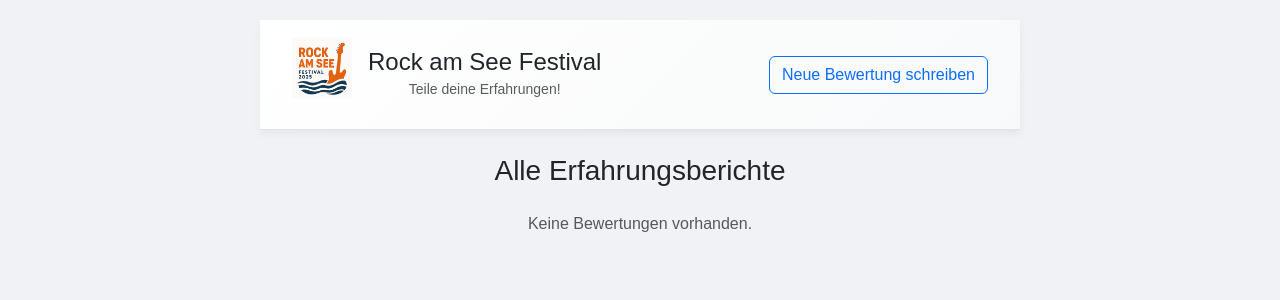
Repository: Hajimohammadi-KI/Web-Technologien
Page: / (app in Teilleistung_04/Teilleistung_04/RockAmSee-Reviews/rock-am-see/)
The author's editor kept a copy of each file at every save. The page is drawn from the files as they stood at one save, then again after the next save.
The browser window is 1280 px wide. The pictures show the whole page.
The project was rebuilt for these pictures with package versions that can differ from the ones it lists, and the page was loaded fresh each time. Also part of the build but not shown: Teilleistung_04/Teilleistung_04/RockAmSee-Reviews/rock-am-see/svelte.config.js, Teilleistung_04/Teilleistung_04/RockAmSee-Reviews/rock-am-see/vite.config.js, Teilleistung_04/Teilleistung_04/RockAmSee-Reviews/rock-am-see/src/Card.svelte, Teilleistung_04/Teilleistung_04/RockAmSee-Reviews/rock-am-see/src/Form.svelte, Teilleistung_04/Teilleistung_04/RockAmSee-Reviews/rock-am-see/src/ReviewDetail.svelte.

Above is the page before, as saved 2025-07-13 12:48:21.

### Teilleistung_04/Teilleistung_04/RockAmSee-Reviews/rock-am-see/index.html
<!DOCTYPE html>
<html lang="de">
  <head>
    <meta charset="UTF-8" />
    <meta name="viewport" content="width=device-width, initial-scale=1.0" />
<link href="https://cdn.jsdelivr.net/npm/bootstrap@5.3.3/dist/css/bootstrap.min.css" rel="stylesheet">
<link rel="icon" href="/favicon.ico" type="image/x-icon" />

    <title>Rock am See Reviews</title>
  </head>
  <body>
    <div id="app"></div>
    <script type="module" src="/src/main.js"></script>
  </body>
</html>

### Teilleistung_04/Teilleistung_04/RockAmSee-Reviews/rock-am-see/src/main.js
// src/main.js
import App from './App.svelte';
import 'bootstrap/dist/css/bootstrap.min.css';
import './style.css';

// Because compatibility is set to 4:

const app = new App({
  target: document.getElementById('app'),
});

export default app;

### Teilleistung_04/Teilleistung_04/RockAmSee-Reviews/rock-am-see/src/App.svelte
<script>
  import  Router  from 'svelte-spa-router';
  import routes from './routes.js';
  import Header from './Header.svelte';
</script>

<main>
  <Header logoUrl="/img/LEGO.png" />
  <Router {routes} />
</main>
<style>
  main {
    padding: 20px;
    max-width: 800px;
    margin: auto;
  }
  </style>

### Teilleistung_04/Teilleistung_04/RockAmSee-Reviews/rock-am-see/src/style.css
/* style.css - Schönes, modernes Design mit deutschen Kommentaren */

/* Grundstil für den Body */
body {
  background: #f0f2f5; /* Heller Hintergrund */
  font-family: Arial, sans-serif; /* Klare Schriftart */
}

/* Header-Stil mit Farbverlauf und Schatten */
header {
  padding: 40px 20px; /* Innenabstand */
  background: linear-gradient(135deg, #ffffff 0%, #f8f9fa 100%); /* Farbverlauf */
  border-bottom: 2px solid #dee2e6; /* Untere Linie */
  text-align: center; /* Inhalt zentrieren */
  box-shadow: 0 4px 8px rgba(0,0,0,0.05); /* Sanfter Schatten */
}

/* Logo im Header zentrieren */
header img {
  display: block; /* Blockelement */
  margin: 0 auto 15px; /* Zentriert, mit Abstand nach unten */
}

/* Haupttitel größer und kräftiger */
header h1 {
  font-size: 2rem; /* Schriftgröße */
  margin-bottom: 0.5rem; /* Abstand nach unten */
  color: #333; /* Dunkle Farbe */
}

/* Untertitel heller und kleiner */
header h2 {
  font-size: 1.2rem;
  color: #666; /* Grauer Ton */
}

/* Hauptbereich zentriert */
main {
  max-width: 500px; /* Max. Breite */
  margin: 50px auto; /* Zentriert mit Abstand nach oben */
  padding: 0 15px; /* Etwas seitlicher Innenabstand */
}

/* Formular-Container mit Schatten und Radius */
form {
  background: #ffffff; /* Weißer Hintergrund */
  border-radius: 12px; /* Abgerundete Ecken */
  box-shadow: 0 6px 20px rgba(0,0,0,0.08); /* Schatten */
  padding: 30px; /* Innenabstand */
}

/* Titel im Formular */
form h5 {
  font-weight: bold; /* Fett */
  margin-bottom: 20px; /* Abstand nach unten */
  text-align: center; /* Zentriert */
  color: #333; /* Dunkler Farbton */
}

/* Primärbutton mit Verlauf und Hover-Effekt */
.btn-primary {
  background: linear-gradient(90deg, #007bff 0%, #0056b3 100%); /* Verlauf Blau */
  border: none; /* Keine Linie */
  transition: background 0.3s ease; /* Übergang */
}

/* Hover-Zustand für Button */
.btn-primary:hover {
  background: linear-gradient(90deg, #0056b3 0%, #003f7f 100%); /* Dunklerer Verlauf */
}

/* Eingabefelder leicht abgerundet */
input.form-control, textarea.form-control {
  border-radius: 6px; /* Runde Ecken */
}

/* Entferne Standardrahmen bei Card */
.card {
  border: none;
}

### Teilleistung_04/Teilleistung_04/RockAmSee-Reviews/rock-am-see/src/routes.js
import Home from './Home.svelte';
import Form from './Form.svelte';
import ReviewDetail from './ReviewDetail.svelte';

const routes = {
  '/': Home,
  '/form': Form,
  '/review/:id': ReviewDetail,
};

export default routes;

### Teilleistung_04/Teilleistung_04/RockAmSee-Reviews/rock-am-see/src/Header.svelte
<script>
  import { link } from 'svelte-spa-router';
  export let logoUrl = "";
</script>

<header class="bg-light py-3 mb-4 border-bottom">
  <div class="container d-flex justify-content-between align-items-center">
    <div class="d-flex align-items-center">
      <img src={logoUrl} alt="Festival Logo" width="60" class="me-3" />
      <div>
        <h1 class="h4 mb-0">Rock am See Festival</h1>
        <small class="text-muted">Teile deine Erfahrungen!</small>
      </div>
    </div>

    <a href="#/form" use:link class="btn btn-outline-primary">
      Neue Bewertung schreiben
    </a>
  </div>
</header>

### Teilleistung_04/Teilleistung_04/RockAmSee-Reviews/rock-am-see/src/Home.svelte
<script>
  import { reviews } from './stores.js';
  import Card from './Card.svelte';
</script>

<div class="container">
  <h3 class="text-center my-4">Alle Erfahrungsberichte</h3>

  {#if $reviews.length > 0}
    <div class="row gy-3">
      {#each $reviews as review (review.id)}
        <div class="col-md-6">
          <Card {review} />
        </div>
      {/each}
    </div>
  {:else}
    <p class="text-center text-muted">Keine Bewertungen vorhanden.</p>
  {/if}
</div>

### Teilleistung_04/Teilleistung_04/RockAmSee-Reviews/rock-am-see/src/stores.js
import { writable } from 'svelte/store';

// Ein leerer Store für alle Erfahrungsberichte
export const reviews = writable([]);

// Optional: Später localStorage-Verknüpfung ergänzen

After the next save:
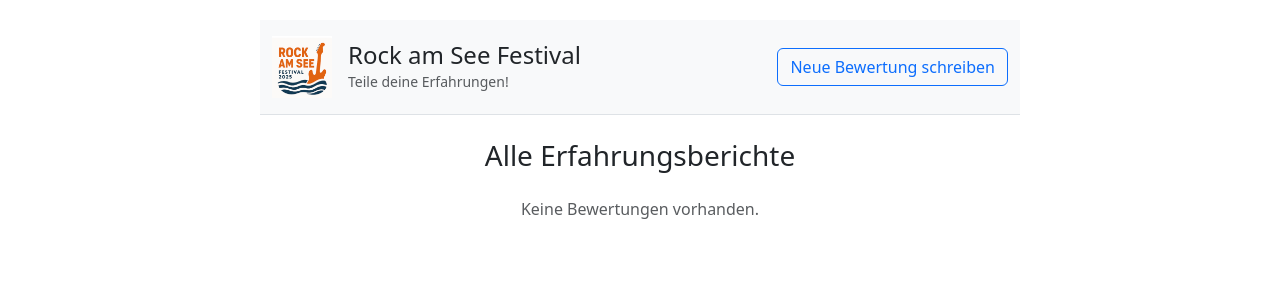
Saved 6 min 55 s later.
--- a/Teilleistung_04/Teilleistung_04/RockAmSee-Reviews/rock-am-see/index.html
+++ b/Teilleistung_04/Teilleistung_04/RockAmSee-Reviews/rock-am-see/index.html
@@ -3,7 +3,10 @@
   <head>
     <meta charset="UTF-8" />
     <meta name="viewport" content="width=device-width, initial-scale=1.0" />
-<link href="https://cdn.jsdelivr.net/npm/bootstrap@5.3.3/dist/css/bootstrap.min.css" rel="stylesheet">
+<link
+    href="https://cdn.jsdelivr.net/npm/bootstrap@5.3.3/dist/css/bootstrap.min.css"
+    rel="stylesheet"
+  />
 <link rel="icon" href="/favicon.ico" type="image/x-icon" />
 
     <title>Rock am See Reviews</title>
--- a/Teilleistung_04/Teilleistung_04/RockAmSee-Reviews/rock-am-see/src/main.js
+++ b/Teilleistung_04/Teilleistung_04/RockAmSee-Reviews/rock-am-see/src/main.js
@@ -1,7 +1,6 @@
 // src/main.js
 import App from './App.svelte';
 import 'bootstrap/dist/css/bootstrap.min.css';
-import './style.css';
 
 // Because compatibility is set to 4:
 
